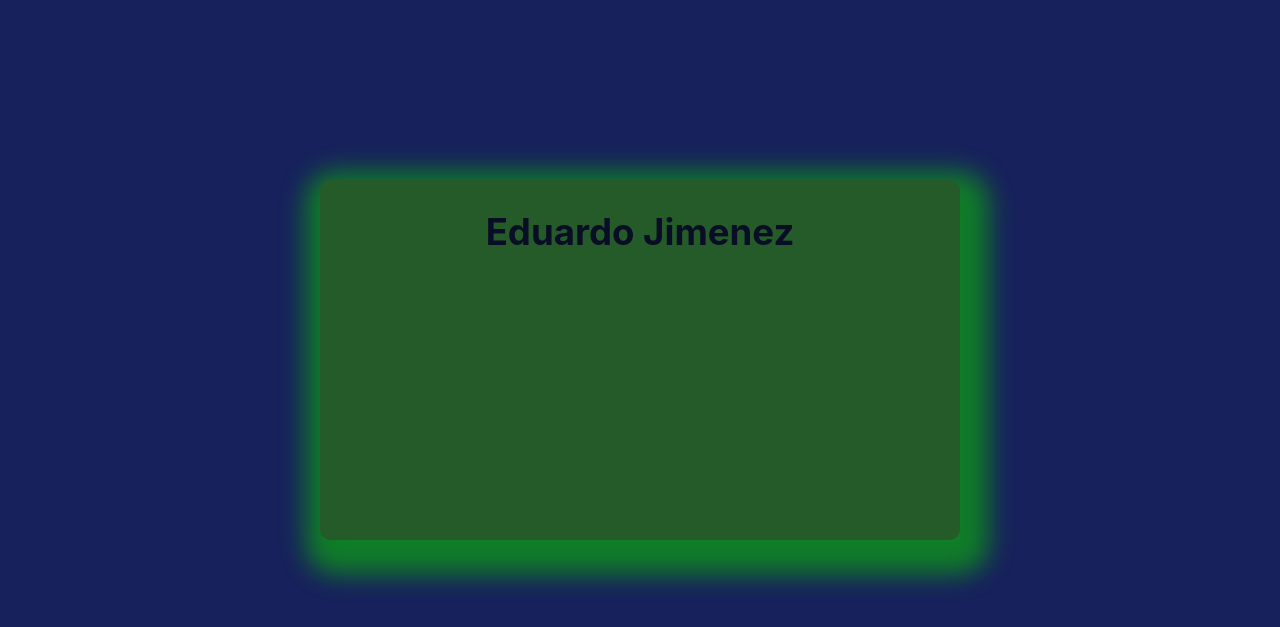
Repository: l8nightswithJS/react-my-portfolio
Page: /
An editor plug-in stored every save of this project. The page is shown before and after the next save, followed by the edit.
The browser window is 1280 px wide. The pictures show the whole page.
The project was rebuilt for these pictures with package versions that can differ from the ones it lists, and the page was loaded fresh each time.

Above is the page before, as saved 2021-04-23 00:03:39.

### src/App.js
import './App.css';


function App() {
  return (
    <div className="App">
      <header className="App-header">
        <section>
          <h1>Eduardo Jimenez</h1>
        </section>
      </header>
    </div>
  );
}

export default App;

### src/App.css
.App {
  height: 100vh;
  width: 100%;
  text-align: center;
  background-color: rgb(23, 33, 92);
}

section {
  position: fixed;
  top: 0;
  bottom: 0;
  left: 0;
  right: 0;
  background-color: rgb(46, 131, 7);
  height: 50vh;
  width: 50vw;
  margin: auto;
  font-size: calc(10px + 2vmin);
  color: white;
  box-shadow: 1vh 1vw 2vw 3vh rgb(12, 187, 6);
  opacity: .6;
  border-radius: 1.5vh;
}

h1 {
  color: black;
}

Loaded but not shown: public/index.html (common file); src/index.js (common file); src/index.css (common file); src/reportWebVitals.js (common file)

After the next save:
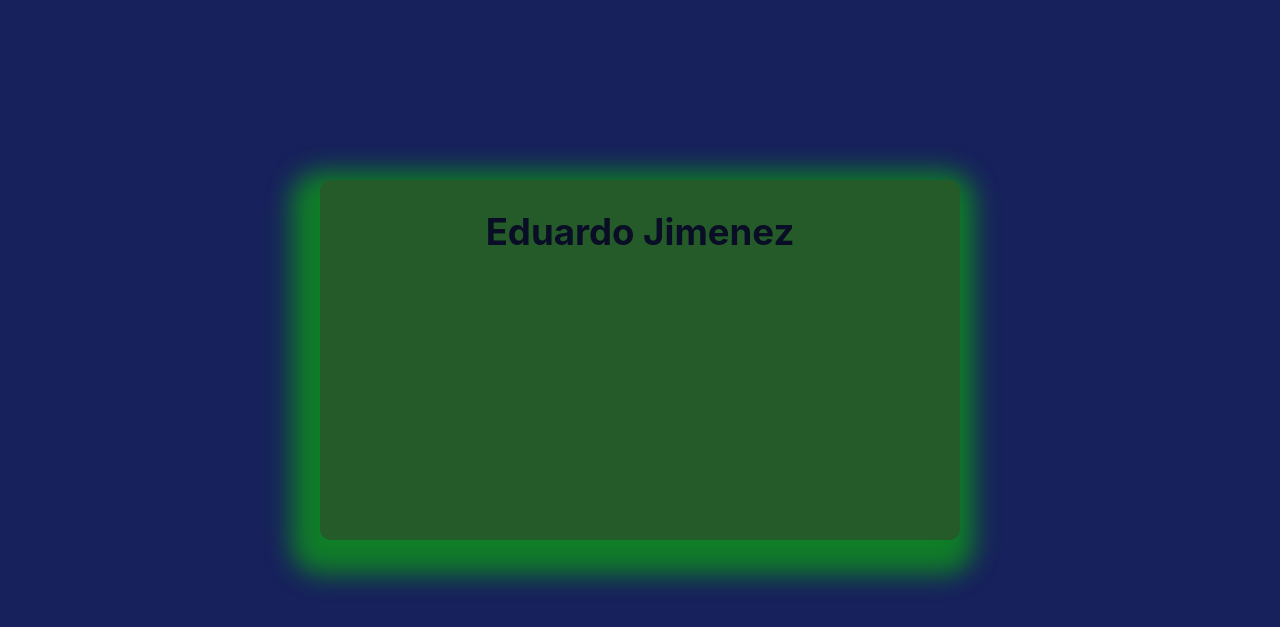
Saved 5 s later.
--- a/src/App.css
+++ b/src/App.css
@@ -17,7 +17,7 @@ section {
   margin: auto;
   font-size: calc(10px + 2vmin);
   color: white;
-  box-shadow: 1vh 1vw 2vw 3vh rgb(12, 187, 6);
+  box-shadow: -1vh 1vw 2vw 3vh rgb(12, 187, 6);
   opacity: .6;
   border-radius: 1.5vh;
 }
